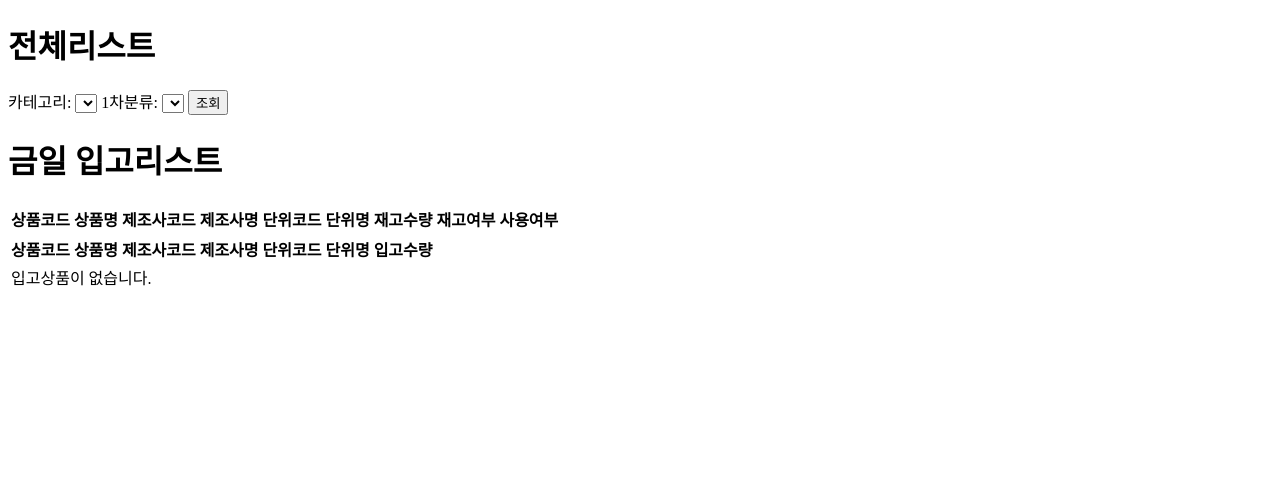
Repository: ohtackjoo/mnet
Page: http://localhost/nmet/WEB-INF/views/member/insitemlist.jsp
An editor plug-in stored every save of this project. The page is shown before and after a run of saves, followed by the edit.
The browser window is 1280 px wide. The pictures show the whole page.
The page is served by Tomcat 9. Nobody is signed in. The template is opened directly, without the code that normally fills it, so the values that code supplies are empty.

Above is the page before, as saved 2019-02-25 08:14:39.

After the next 2 saves:
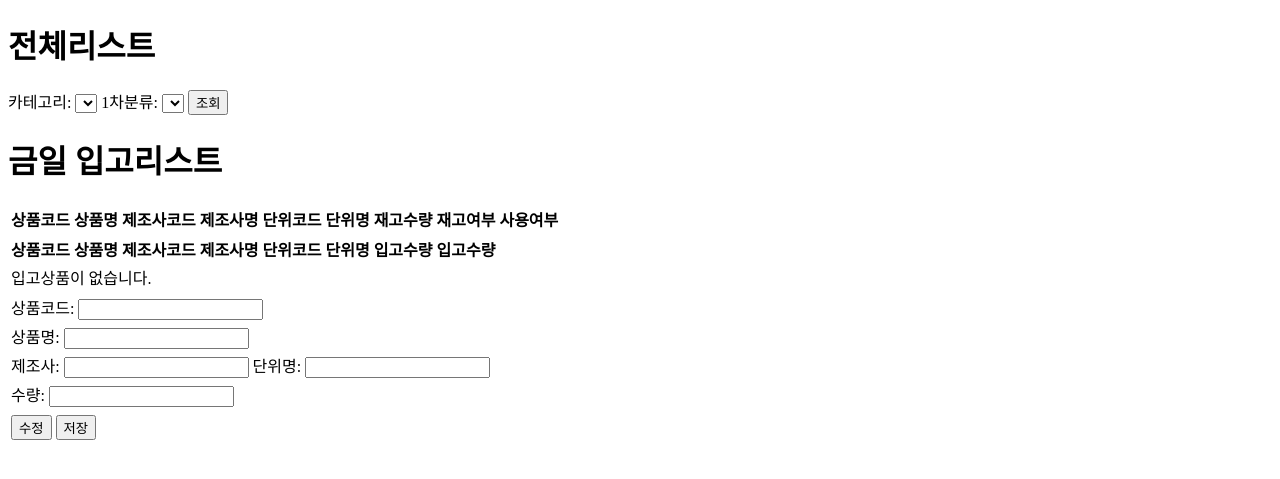
Console error: SyntaxError: Unexpected token '{'
The 2 saves are shown as one change because they came seconds apart.
The last was saved 18 s later.
--- a/nmet/src/main/webapp/WEB-INF/views/member/insitemlist.jsp
+++ b/nmet/src/main/webapp/WEB-INF/views/member/insitemlist.jsp
@@ -33,7 +33,9 @@
 		            	console.log("cdno === " + data.alist[i].cdno);
 		            	console.log("cdname === " + data.alist[i].cdname);
 		            	$("#ajaxsel").append("<option value="+cdno+">"+cdname+"</option>");
-		            	$("")
+		            	$("#ajaxsel").each(function{
+
+		            	});
 		            }
 		            console.log("success");
 		        },

After the save that followed:
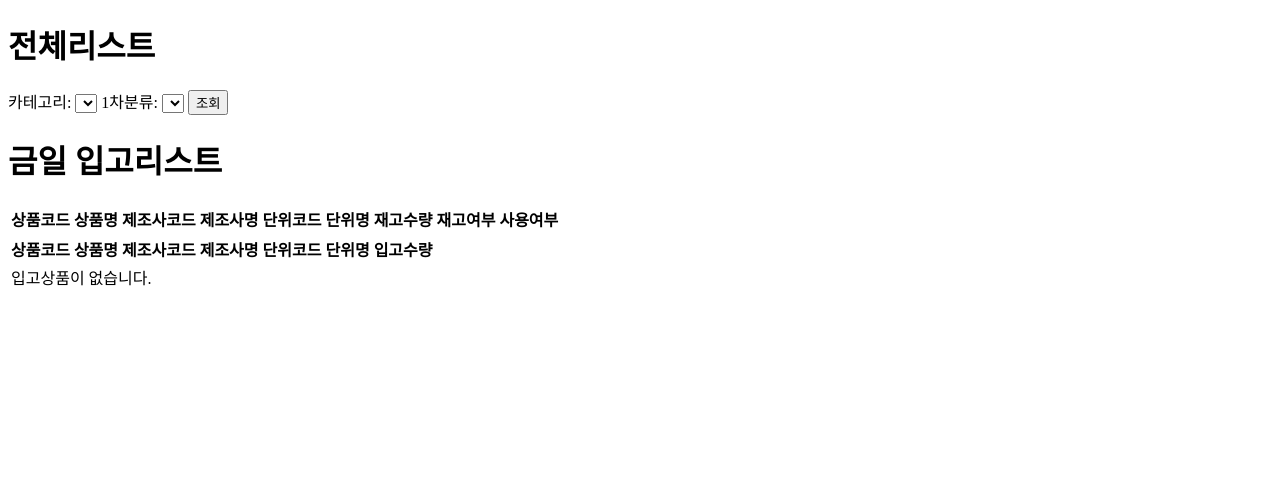
The error is gone.
Saved 10 s later.
--- a/nmet/src/main/webapp/WEB-INF/views/member/insitemlist.jsp
+++ b/nmet/src/main/webapp/WEB-INF/views/member/insitemlist.jsp
@@ -33,7 +33,7 @@
 		            	console.log("cdno === " + data.alist[i].cdno);
 		            	console.log("cdname === " + data.alist[i].cdname);
 		            	$("#ajaxsel").append("<option value="+cdno+">"+cdname+"</option>");
-		            	$("#ajaxsel").each(function{
+		            	$("#ajaxsel").each(function(idx){
 
 		            	});
 		            }
